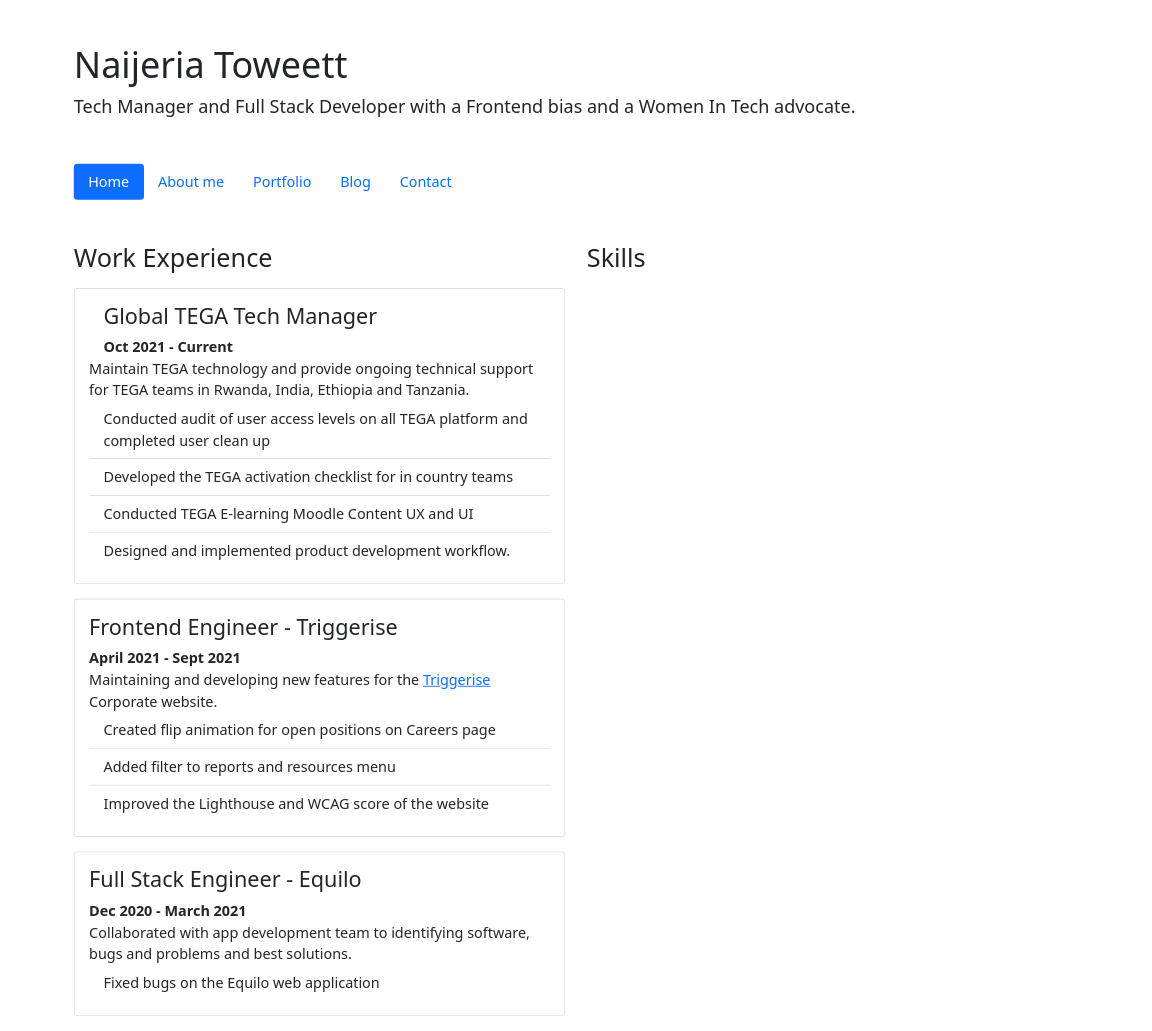
Repository: mamatechafrica/portfolio
Page: index.html
The author's editor kept a copy of each file at every save. The page is drawn from the files as they stood at one save, then again after a run of saves.
The browser window is 1280 px wide. The pictures show the whole page, at 90% of full size.

Above is the page before, as saved 2022-01-04 16:39:21.

After the next 3 saves:
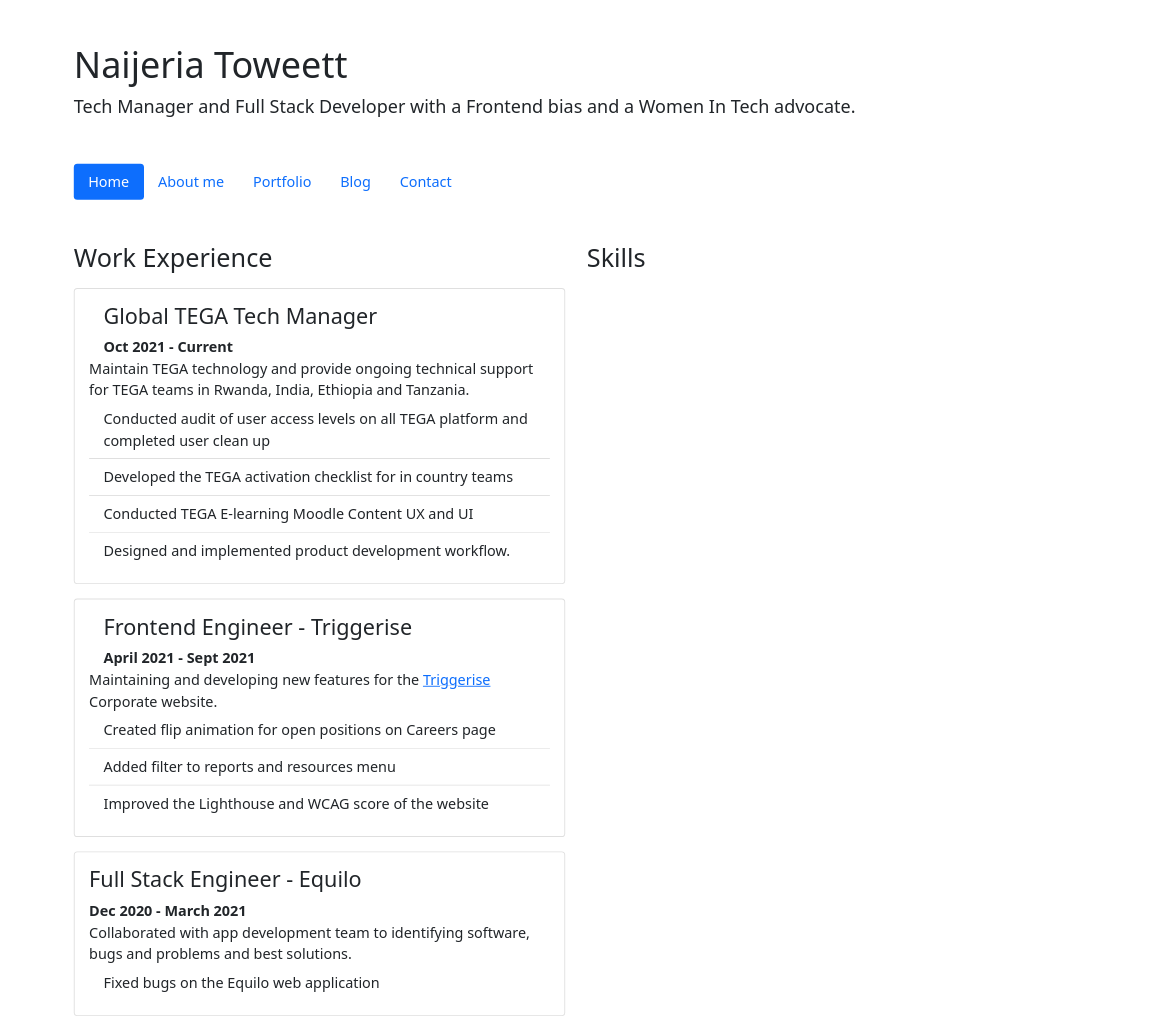
The 3 saves are shown as one change because they came seconds apart.
The last was saved 11 s later.
--- a/index.html
+++ b/index.html
@@ -65,11 +65,10 @@
                         <div class="card mb-3">
                             <div class="card-body">
                                 <div class="mx-3">
-
-                                </div>
-                                <h4>Frontend Engineer - Triggerise</h4>
-                                <div>
-                                    <strong>April 2021 - Sept 2021</strong>
+                                    <h4>Frontend Engineer - Triggerise</h4>
+                                    <div>
+                                        <strong>April 2021 - Sept 2021</strong>
+                                    </div>
                                 </div>
                                     Maintaining and developing new features for the <a href="https://triggerise.org/">Triggerise</a> Corporate website.
                                     <ul class="list-group list-group-flush">
